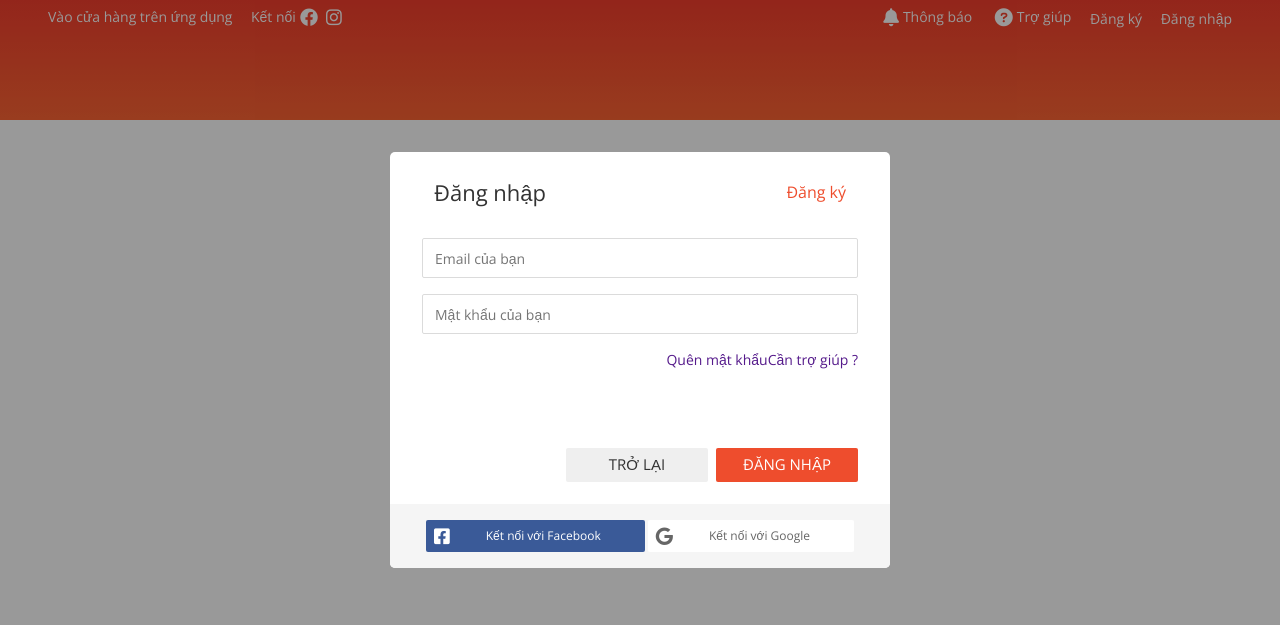
Repository: trongtamdev/Clone-Shopee-Page
Page: index.html
The author's editor kept a copy of each file at every save. The page is drawn from the files as they stood at one save, then again after the next save.
The browser window is 1280 px wide. The pictures show the whole page.

Above is the page before, as saved 2022-07-09 15:47:32.

After the next save:
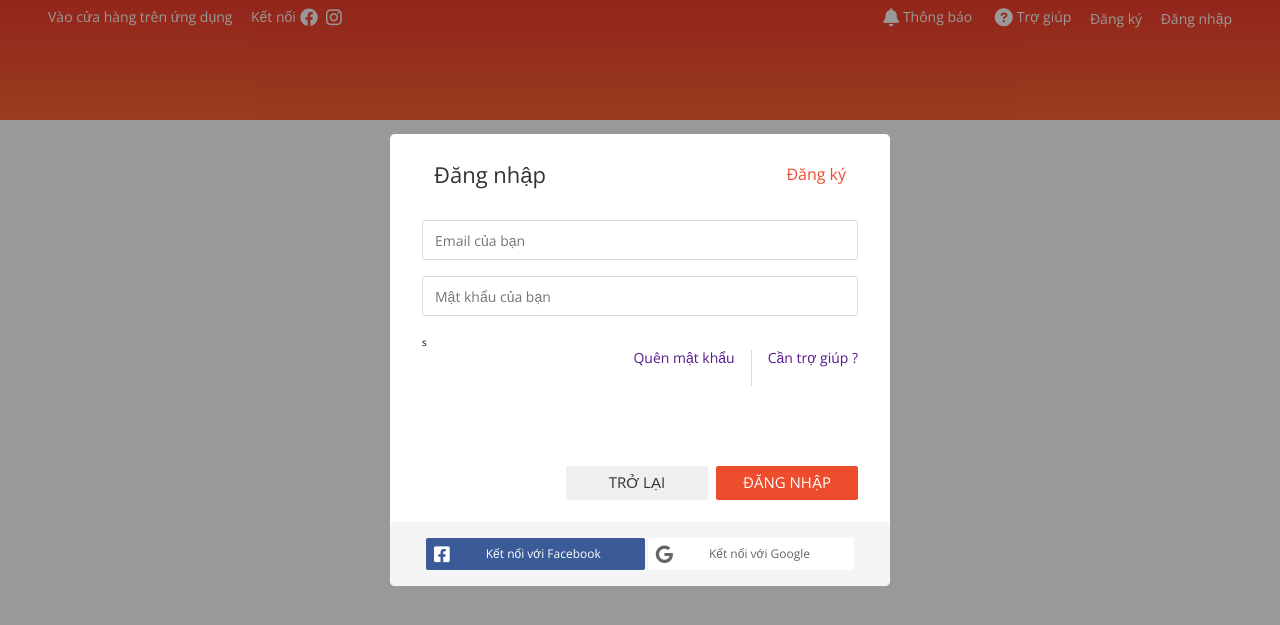
Saved 25 s later.
--- a/index.html
+++ b/index.html
@@ -150,9 +150,10 @@
 
             </div>
 
-            <div class="auth-form__aside">
+            <div class="auth-form__aside">s
                 <div class="auth-form__help">
                     <a href="" class="auth-form__help-link">Quên mật khẩu</a>
+                    <span class="auth-form__help-separate"></span>
                     <a href="" class="auth-form__help-link">Cần trợ giúp ?</a>
                 </div>
             </div>
